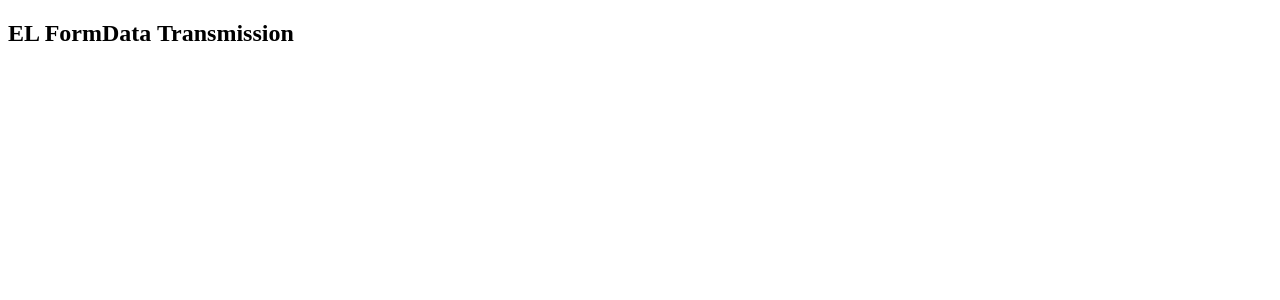
Repository: Rua1006/JSP
Page: http://localhost/practice02/05.ELDataForm.jsp
These files come from the project's save history. The page is drawn as it stood at one moment and after the next save; the edit follows.
The browser window is 1280 px wide. The pictures show the whole page.
The page is served by Tomcat 9. Other server files are loaded and not shown.

Above is the page before, as saved 2022-11-10 04:38:15.

### practice02/WebContent/05.ELDataForm.jsp
<%@ page language="java" contentType="text/html; charset=UTF-8"
    pageEncoding="UTF-8"%>
<%@ taglib prefix="c" uri="http://java.sun.com/jsp/jstl/core" %>
<%@ taglib prefix="fmt" uri="http://java.sun.com/jsp/jstl/fmt" %>
<%@ page import ="java.util.*" %>
<%@ page import ="java.text.*, java.net.InetAddress" %>
<%@ page import ="com.example.*" %>
<%@ include file = "common.jsp" %>
<%
	pageContext.setAttribute("pname", "강병수");
	request.setAttribute("rname", "김진수");
	session.setAttribute("sname", "장다인");
	application.setAttribute("aname", "이하늘");
%>
<!DOCTYPE html>
<html>
<head>
<meta charset="UTF-8">
<title>05ELDataForm</title>
</head>
<body>
	<h2>EL FormData Transmission</h2>
	<form action="05ELParam" method="post">

	</form>
</body>
</html>

Loaded but not shown: practice02/WebContent/common.jsp (common file)

After the next save:
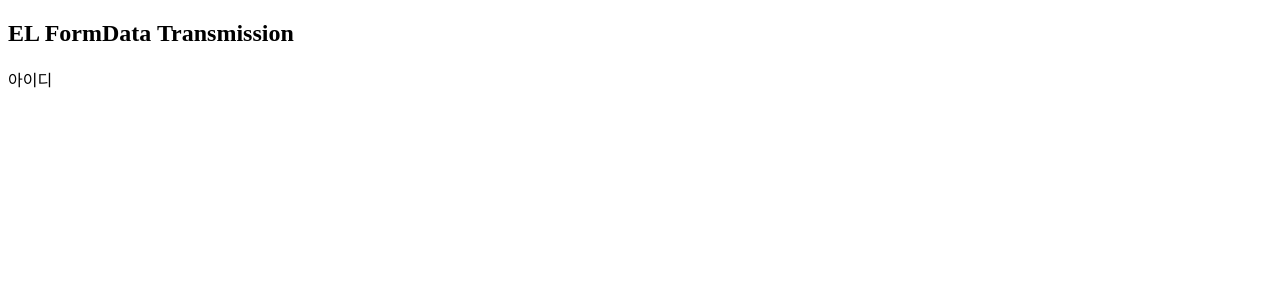
Saved 35 s later.
--- a/practice02/WebContent/05.ELDataForm.jsp
+++ b/practice02/WebContent/05.ELDataForm.jsp
@@ -21,7 +21,7 @@
 <body>
 	<h2>EL FormData Transmission</h2>
 	<form action="05ELParam" method="post">
-
+		<label for="id">아이디</label>
 	</form>
 </body>
 </html>
